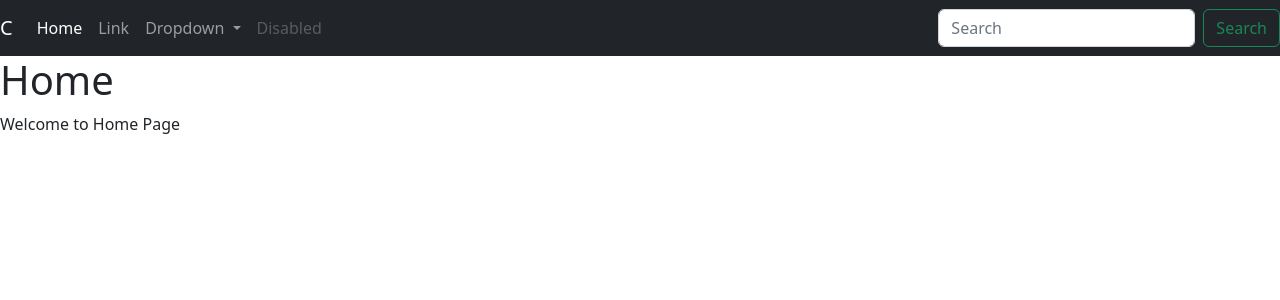
Repository: kaletejas/COMP229_Portfolio
Page: http://localhost/
These files come from the project's save history. The page is drawn as it stood at one moment and after a run of saves; the edit follows.
The browser window is 1280 px wide. The pictures show the whole page.
The page is served by the project's Node server (server.js).

Above is the page before, as saved 2023-01-25 20:45:35.

After the next 2 saves:
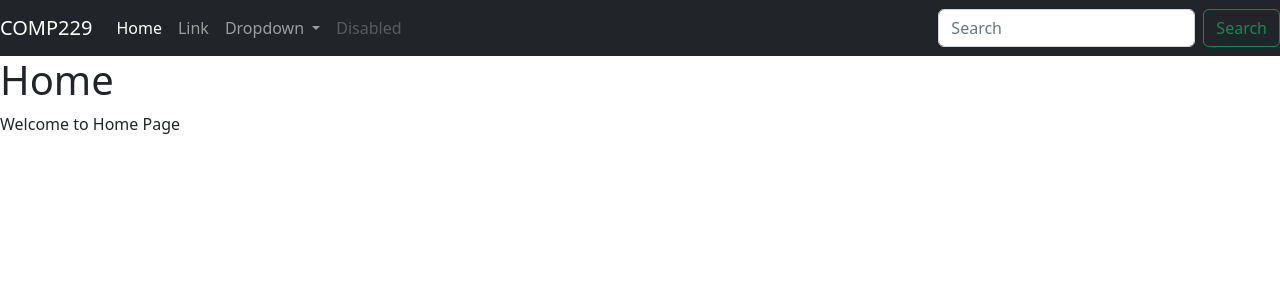
The 2 saves are shown as one change because they came seconds apart.
The last was saved 5 s later.
--- a/WEEK3/views/index.ejs
+++ b/WEEK3/views/index.ejs
@@ -14,7 +14,7 @@
   <!--Main nav Navigation-->
   <nav class="navbar navbar-expand-lg navbar-dark bg-dark">
   <!--div class="container-fluid"-->
-    <a class="navbar-brand" href="#">C</a>
+    <a class="navbar-brand" href="#">COMP229</a>
     <button class="navbar-toggler" type="button" data-bs-toggle="collapse" data-bs-target="#navbarSupportedContent" aria-controls="navbarSupportedContent" aria-expanded="false" aria-label="Toggle navigation">
       <span class="navbar-toggler-icon"></span>
     </button>
